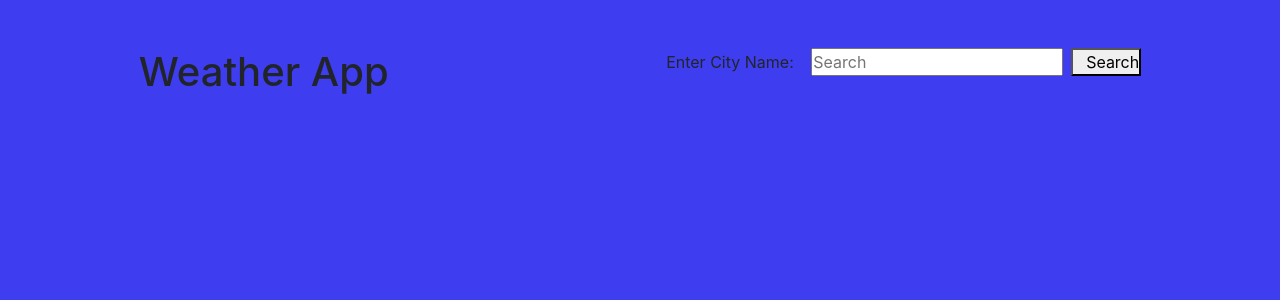
Repository: bhaveshtrades/weatherapp
Page: /
The author's editor kept a copy of each file at every save. The page is drawn from the files as they stood at one save, then again after the next save.
The browser window is 1280 px wide. The pictures show the whole page.
The project was rebuilt for these pictures with package versions that can differ from the ones it lists, and the page was loaded fresh each time. Also part of the build but not shown: src/components/CurrentWeather.jsx.

Above is the page before, as saved 2023-01-08 19:11:19.

After the next save:
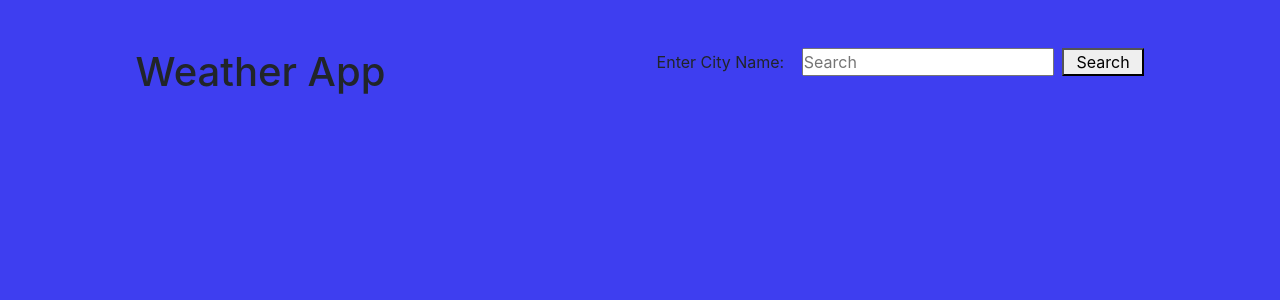
Saved 8 s later.
--- a/src/App.css
+++ b/src/App.css
@@ -20,6 +20,7 @@ body{
 .searchButton{
   margin-left: 0.5rem;
   padding-left: 0.8rem;
+  padding-right: 0.8rem;
 }
 
 .cDiv1{
